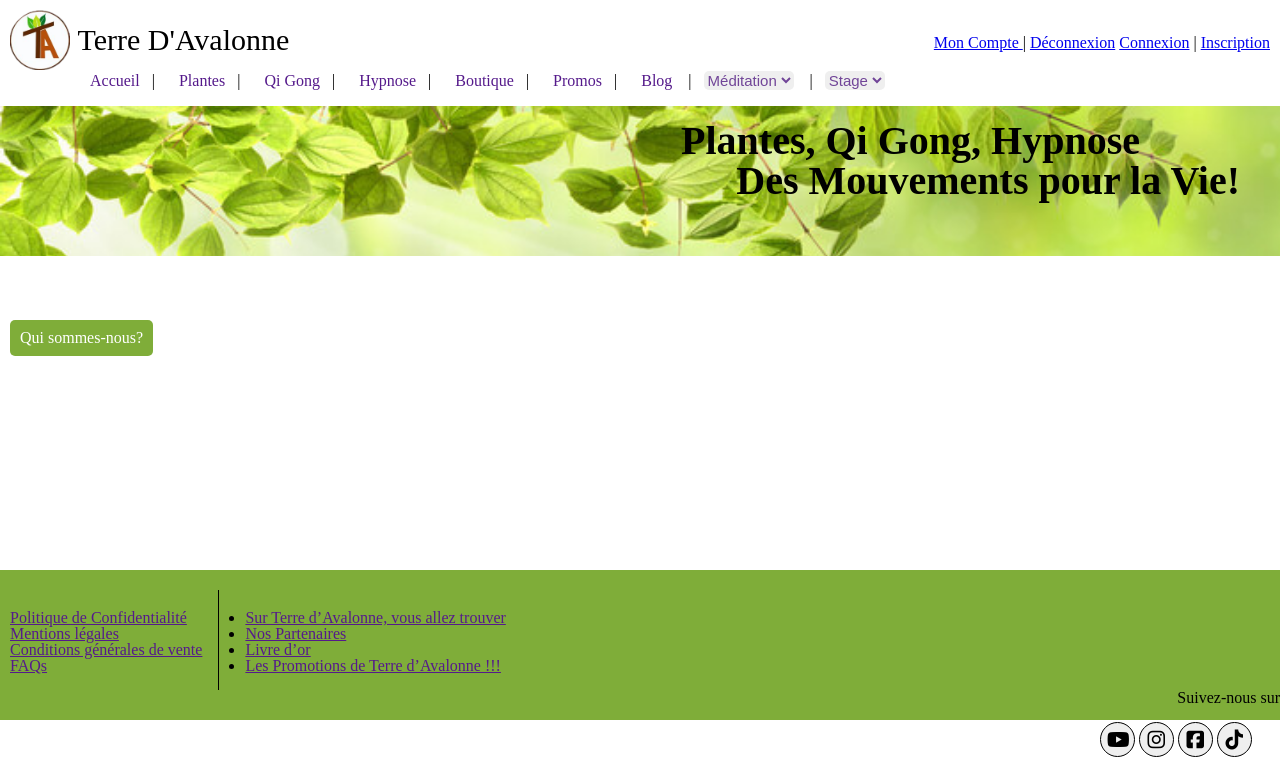
Repository: Michelhof1978/TerreDavalonne
Page: templates/base.html
An editor plug-in stored every save of this project. The page is shown before and after the next save, followed by the edit.
The browser window is 1280 px wide. The pictures show the whole page.
Some web fonts or font styles are not loaded; a fallback is used. Some web libraries are served in a nearby version.

Above is the page before, as saved 2022-05-04 15:33:43.

After the next save:
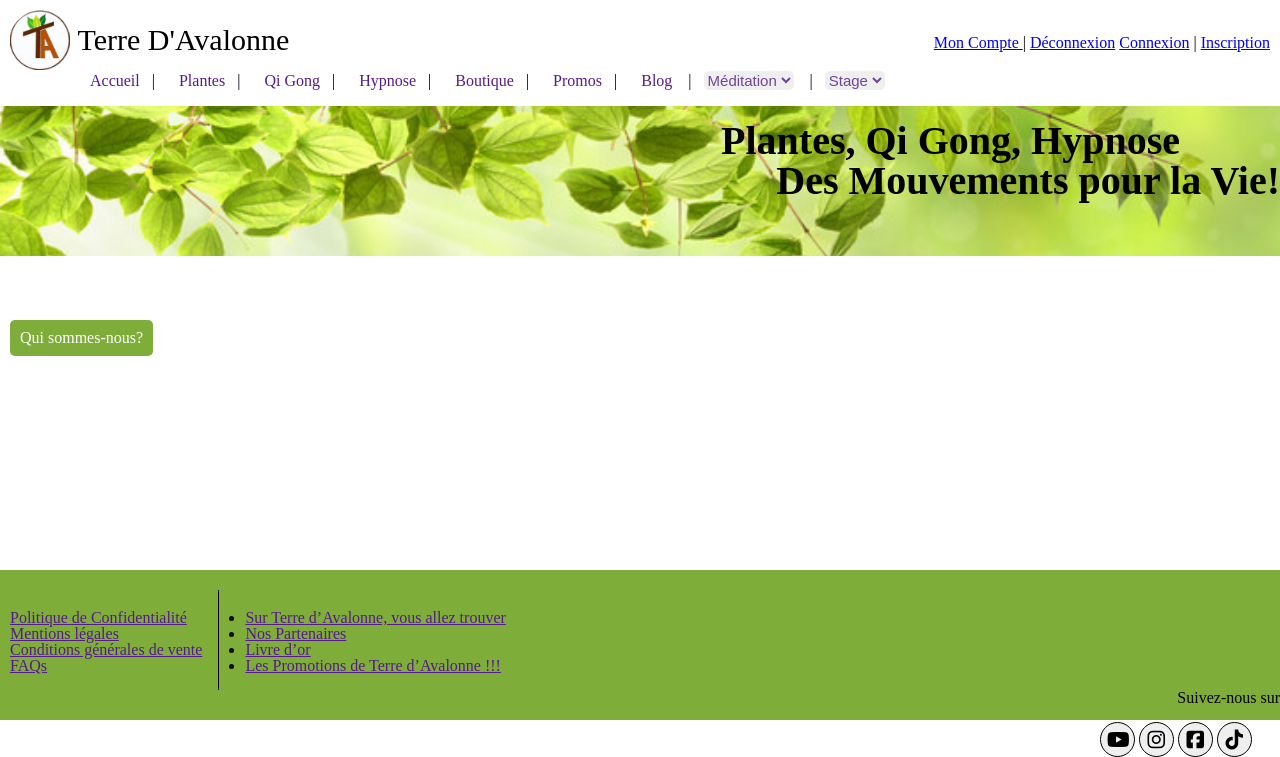
Saved 3 min 10 s later.
--- a/templates/base.html
+++ b/templates/base.html
@@ -222,6 +222,7 @@
   }
 
   .textBaniere {
+    padd
     padding-right: 40px;
     font-size: 40px;
     text-align: right;

After the 3 saves that followed:
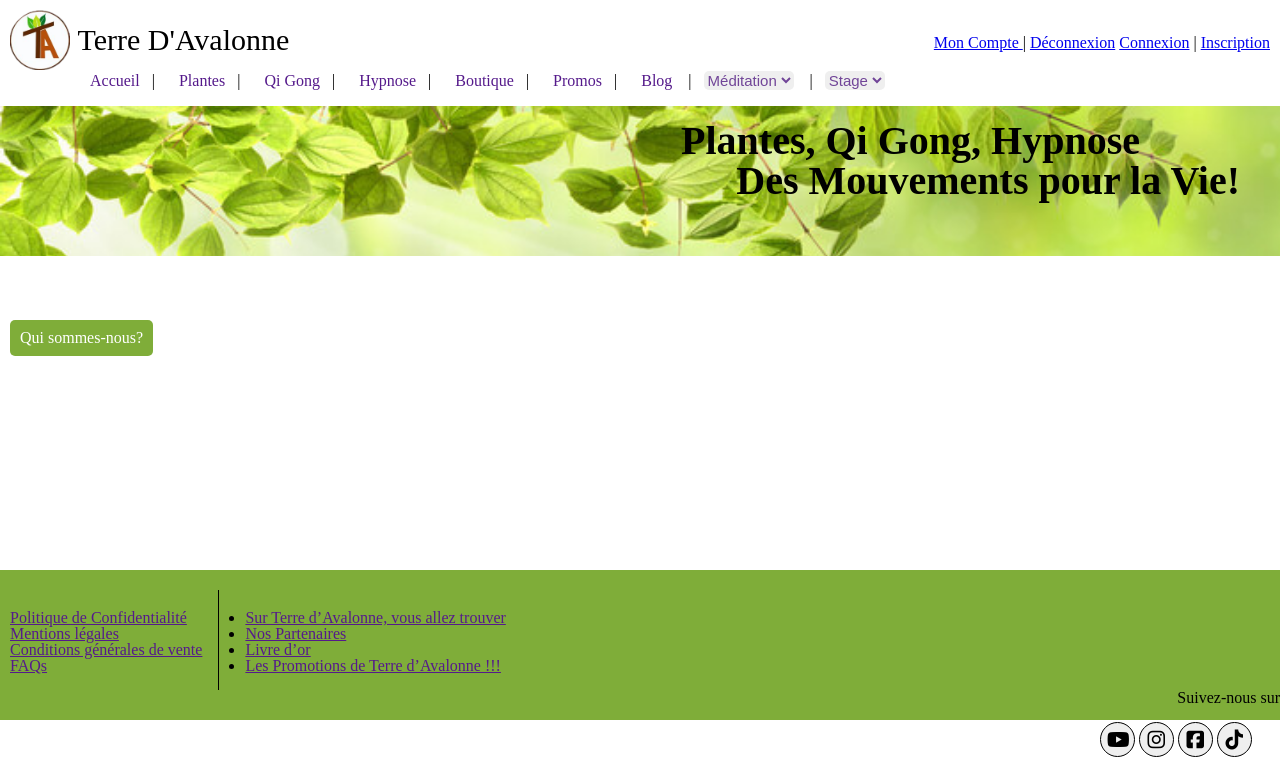
The 3 saves are shown as one change because they came seconds apart.
The last was saved 13 s later.
--- a/templates/base.html
+++ b/templates/base.html
@@ -222,7 +222,7 @@
   }
 
   .textBaniere {
-    padd
+    padding-top: 10px;
     padding-right: 40px;
     font-size: 40px;
     text-align: right;
